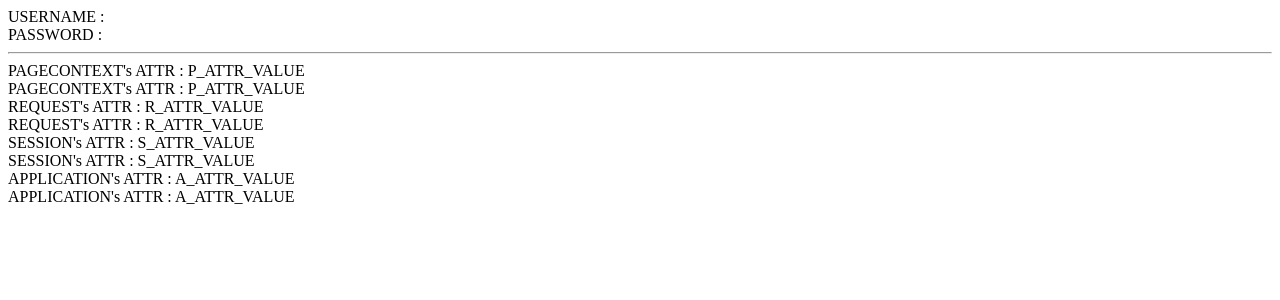
Repository: Leehj9094/JAVA_BOOK-
Page: http://localhost/01JSP/C08/01EL/result.jsp
An editor plug-in stored every save of this project. The page is shown before and after the next save, followed by the edit.
The browser window is 1280 px wide. The pictures show the whole page.
The page is served by Tomcat 9. Other server files are loaded and not shown.

Above is the page before, as saved 2025-04-04 02:31:41.

### JSP/01JSP/src/main/webapp/C08/01EL/result.jsp
<%@ page language="java" contentType="text/html; charset=UTF-8"
    pageEncoding="UTF-8"%>
<!DOCTYPE html>
<html>
<head>
<meta charset="UTF-8">
<title>Insert title here</title>
</head>
<body>

<!--
	EL(Expression Language) : 내장객체의 Scope 참조
	PageScope 				: 현재 JSP페이지 내에서만 사용 가능한 속성 / 기능 (관련 내장객체 : pageContext)
	requestScope 			: 하나의 요청 처리동안 (관련 내장객체 : request)
	sessionScope 			: 일정기간 동안(지정된 혹은 기본값) (관련 내장객체 : session)
	applicationScope 		: 서버 종료 시 동안 (관련 내장 객체 application)

 -->
<%

	pageContext.setAttribute("P_ATTR", "P_ATTR_VALUE");
	request.setAttribute("R_ATTR","R_ATTR_VALUE");
	session.setAttribute("S_ATTR","S_ATTR_VALUE");
	application.setAttribute("A_ATTR", "A_ATTR_VALUE");

%>


<!-- EL : PARAM -->

USERNAME : ${param.username } <br/>
PASSWORD : ${param.password } <br/>

<hr/>
<!-- EL : ATTRIBUTE -->
PAGECONTEXT's ATTR : ${P_ATTR }<br/>
PAGECONTEXT's ATTR : ${pageScope.P_ATTR}<br/>
REQUEST's ATTR : ${R_ATTR}<br/>
REQUEST's ATTR : ${requestScope.R_ATTR}<br/>
SESSION's ATTR : ${S_ATTR}<br/>
SESSION's ATTR : ${sessionScope.S_ATTR}<br/>
APPLICATION's ATTR : ${A_ATTR}<br/>
APPLICATION's ATTR : ${applicationScope.A_ATTR}<br/>


</body>
</html>

After the next save:
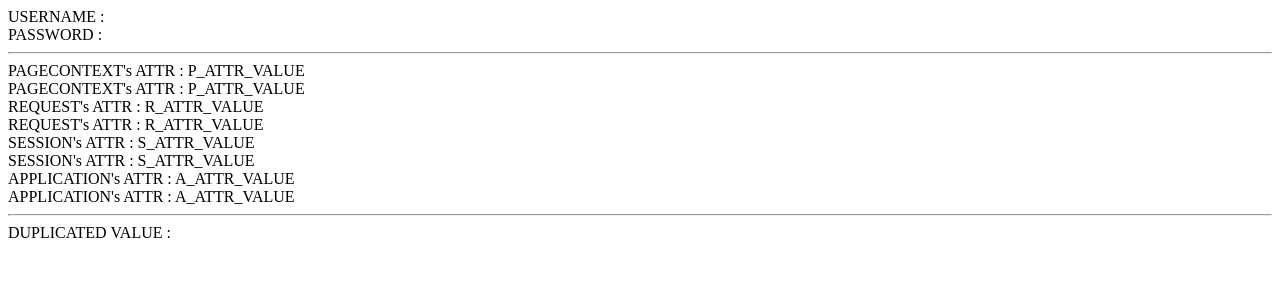
Saved 93 s later.
--- a/JSP/01JSP/src/main/webapp/C08/01EL/result.jsp
+++ b/JSP/01JSP/src/main/webapp/C08/01EL/result.jsp
@@ -41,7 +41,9 @@ SESSION's ATTR : ${S_ATTR}<br/>
 SESSION's ATTR : ${sessionScope.S_ATTR}<br/>
 APPLICATION's ATTR : ${A_ATTR}<br/>
 APPLICATION's ATTR : ${applicationScope.A_ATTR}<br/>
-
+<hr />
+<!-- EL : ATTRIBUTE(중복값) -->
+DUPLICATED VALUE : <br/>
 
 </body>
 </html>
